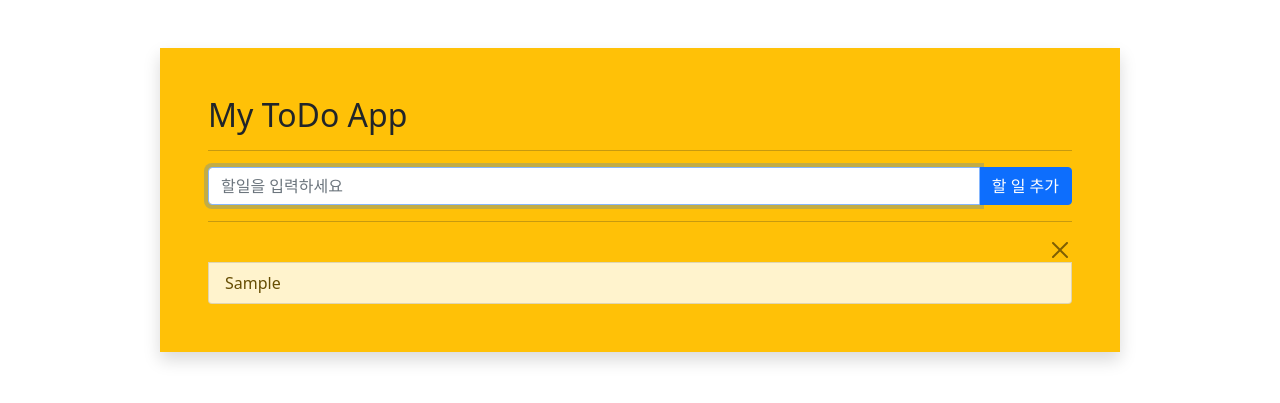
Repository: kiyongee2/kh-jsp
Page: http://localhost/jwbook/ch03/todolist.jsp
These files come from the project's save history. The page is drawn as it stood at one moment and after the next save; the edit follows.
The browser window is 1280 px wide. The pictures show the whole page.
Empty fields were first filled with sample values (such as "Sample", 5 or name@example.com).
After loading, the first visible `button.btn` was clicked once.
The page is served by Tomcat 9. Other server files are loaded and not shown.

Above is the page before, as saved 2023-11-18 09:38:32.

### jwbook/src/main/webapp/ch03/todolist.jsp
<%@ page language="java" contentType="text/html; charset=UTF-8"
    pageEncoding="UTF-8"%>
<!DOCTYPE html>
<html>
<head>
<meta charset="UTF-8">
<title>todo list</title>
<link rel="stylesheet" href="../resources/css/bootstrap.css">
</head>
<body>
	<div class="container bg-warning shadow mx-auto mt-5 p-5 w-75">
		<h2>My ToDo App</h2>
		<hr>
		<div class="input-group">
			<input id="item" type="text" class=form-control placeholder="할일을 입력하세요">
			<button type="button" class="btn btn-primary" onclick="addItem()">할 일 추가</button>
		</div>
		<hr>
		<ul id="todolist" class="list-group"></ul>
	</div>

	<script>
		function addItem(){
			let todo = document.getElementById("item");
			let list = document.getElementById("todolist");
			//li 태그 추가
			let listitem = document.createElement("li");
			//listitem에 스타일 넣기
			listitem.className
				= "d-flex list-group-item list-group-item-action list-group-item-warning";
			//'x' 버튼 추가
			let xbtn = document.createElement("button");
			xbtn.className = "btn-close ms-auto";

			listitem.innerText = todo.value;
			//ul에 button 붙이기
			list.appendChild(xbtn);
			//ul에 li 붙이기
			list.appendChild(listitem);

			//입력칸 비우기 및 포커스 이동
			todo.value = "";
			todo.focus();
		}
	</script>
</body>
</html>

Loaded but not shown: jwbook/src/main/webapp/resources/css/bootstrap.css (library)

After the next save:
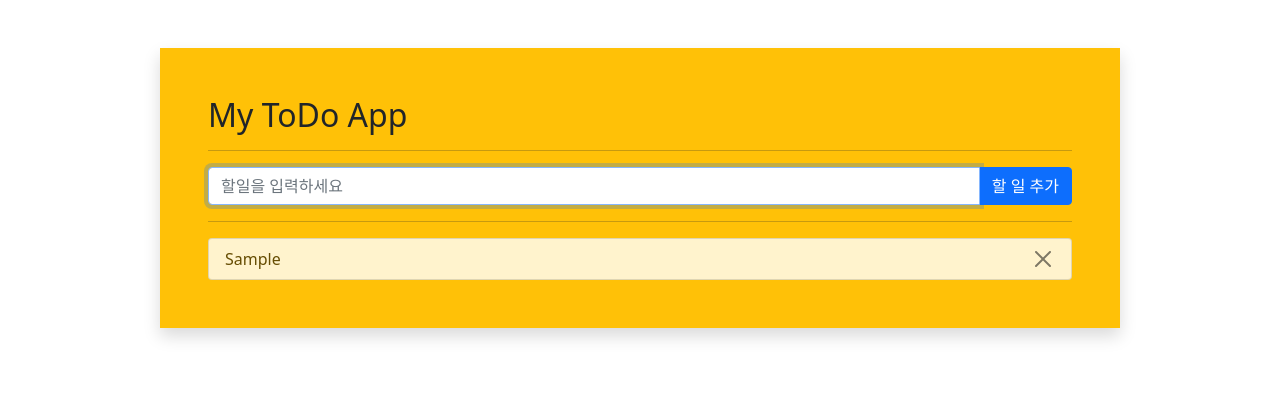
Saved 7 min 47 s later.
--- a/jwbook/src/main/webapp/ch03/todolist.jsp
+++ b/jwbook/src/main/webapp/ch03/todolist.jsp
@@ -34,7 +34,7 @@
 
 			listitem.innerText = todo.value;
 			//ul에 button 붙이기
-			list.appendChild(xbtn);
+			listitem.appendChild(xbtn);
 			//ul에 li 붙이기
 			list.appendChild(listitem);
 
